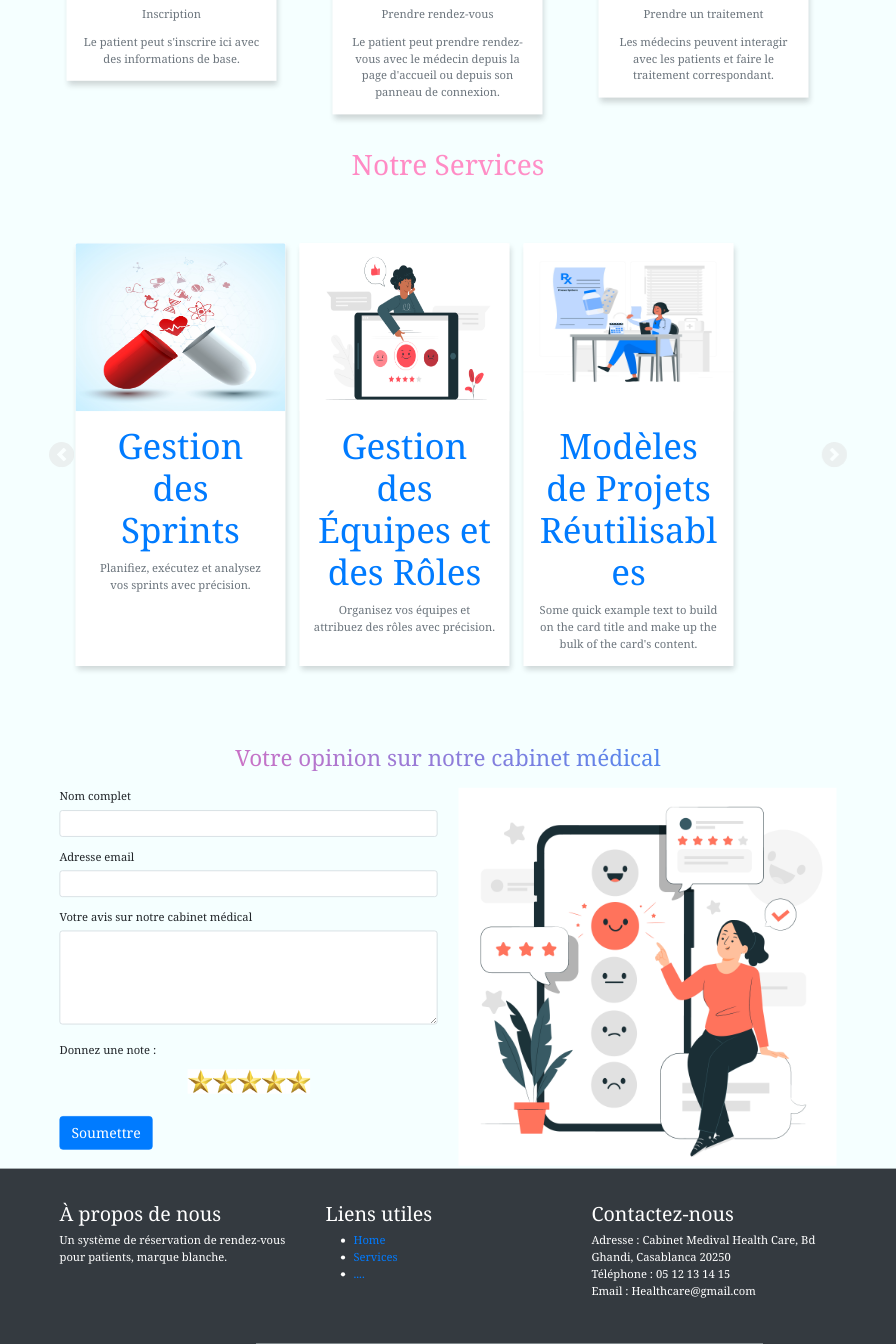
Repository: SalmaElhaou/Scrum-Project
Page: http://localhost/
The author's editor kept a copy of each file at every save. The page is drawn from the files as they stood at one save, then again after the next save.
The browser window is 1280 px wide. The pictures show the part of the page from y = 1448 to 3368 px (the page is 3368 px tall before and 3344 px after), at 70% of full size.
Some web libraries are served in a nearby version. The page is served by the project's Laravel application, run on PHP 8.4 with Laravel 10.

Above is the page before, as saved 2025-02-01 22:13:11.
Console error: TypeError: Cannot read properties of null (reading 'addEventListener')

After the next save:
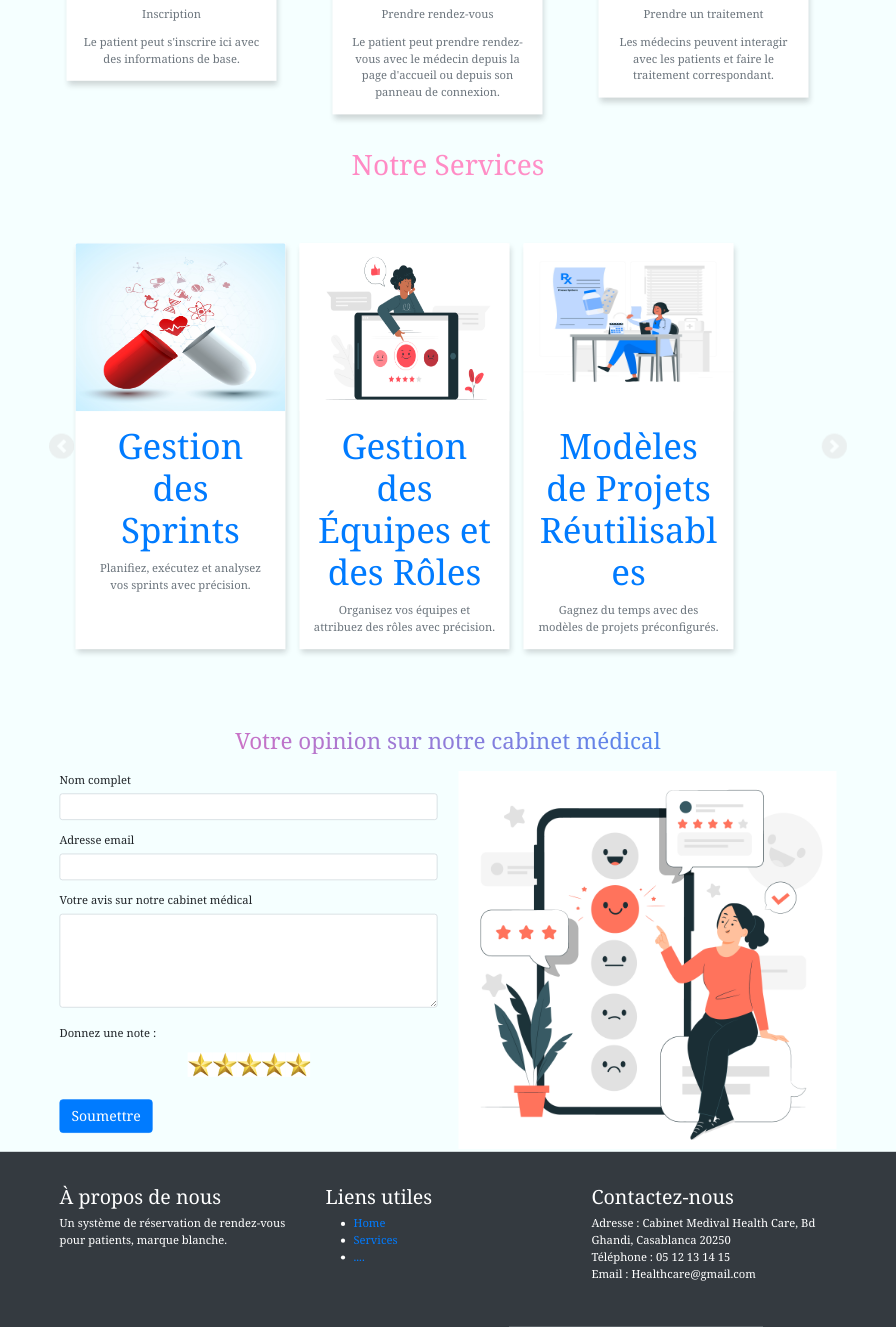
Saved 15 s later.
--- a/resources/views/welcome.blade.php
+++ b/resources/views/welcome.blade.php
@@ -521,7 +521,7 @@
               <img src="img/5789876.jpg" class="card-img-top" alt="...">
               <div class="card-body">
                 <h5 class="card-title">Modèles de Projets Réutilisables</h5>
-                <p class="card-text">Some quick example text to build on the card title and make up the bulk of the card's content.</p>
+                <p class="card-text">Gagnez du temps avec des modèles de projets préconfigurés.</p>
               </div>
             </div>
           </div>
